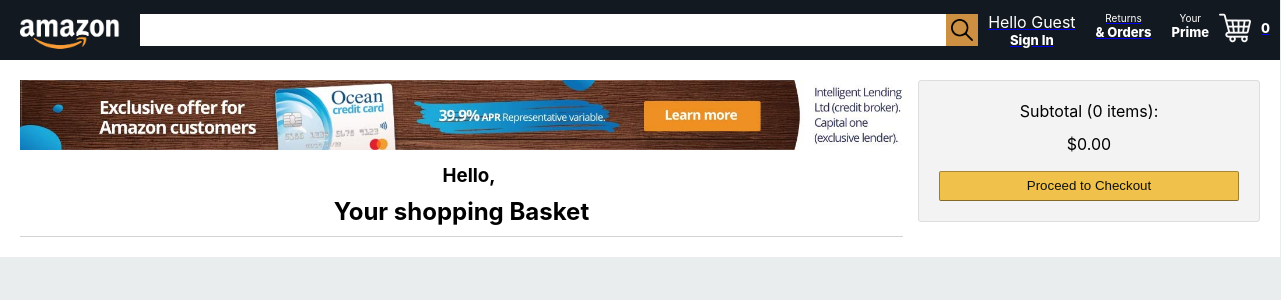
Repository: abdulrahmanmahmood/amazon-clone
Page: /checkout
An editor plug-in stored every save of this project. The page is shown before and after a run of saves, followed by the edit.
The browser window is 1280 px wide. The page is 1280 px wide, then 1281 px, then 1280 px, so the pictures cover 1281 px, including what lies to the right of the window. The pictures show the whole page.
The page's requests for data from a server got no answer. The project was rebuilt for these pictures with package versions that can differ from the ones it lists, and the page was loaded fresh each time. No one was signed in, and anything a server would have sent is missing. Also part of the build but not shown: src/components/login.css, src/components/Login.js, src/components/Product.css, src/components/Product.js, src/components/Home.css, src/components/Home.js, src/components/CheckoutProduct.css, src/components/CheckoutProduct.js.

Above is the page before, as saved 2023-08-24 00:14:39.

After the next 2 saves:
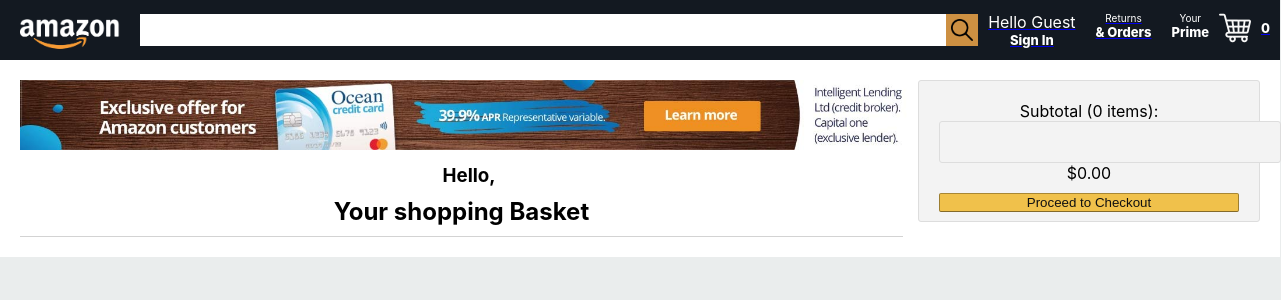
The 2 saves are shown as one change because they came seconds apart.
The last was saved 7 s later.
--- a/src/components/SubTotal.js
+++ b/src/components/SubTotal.js
@@ -11,7 +11,7 @@
   return (
     <div className="subtotal">
       <p> Subtotal ({basket.length} items):</p>
-      <small></small>
+      <small className="subtotal"></small>
       <CurrencyFormat number={(getBasketTotal(basket))} />
       <button onClick={()=>Navigate("/payment")}>Proceed to Checkout</button>
     </div>

After the 2 saves that followed:
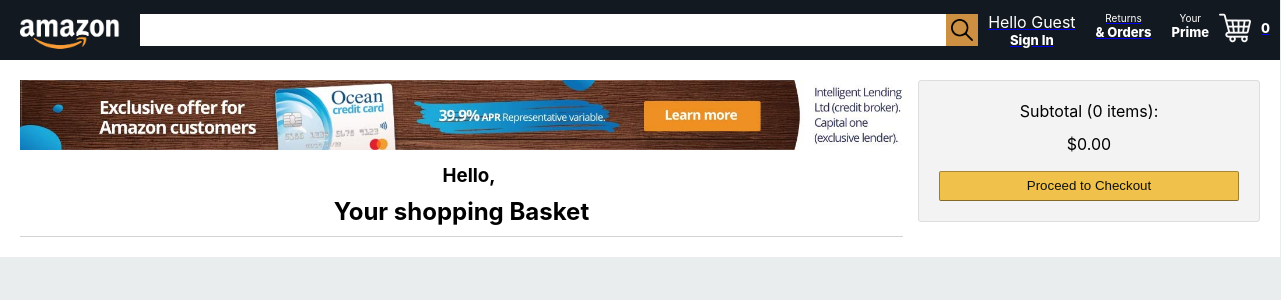
The 2 saves are shown as one change because they came seconds apart.
The last was saved 5 s later.
--- a/src/components/SubTotal.js
+++ b/src/components/SubTotal.js
@@ -11,7 +11,7 @@
   return (
     <div className="subtotal">
       <p> Subtotal ({basket.length} items):</p>
-      <small className="subtotal"></small>
+      <small className="subtotal__gift"></small>
       <CurrencyFormat number={(getBasketTotal(basket))} />
       <button onClick={()=>Navigate("/payment")}>Proceed to Checkout</button>
     </div>
